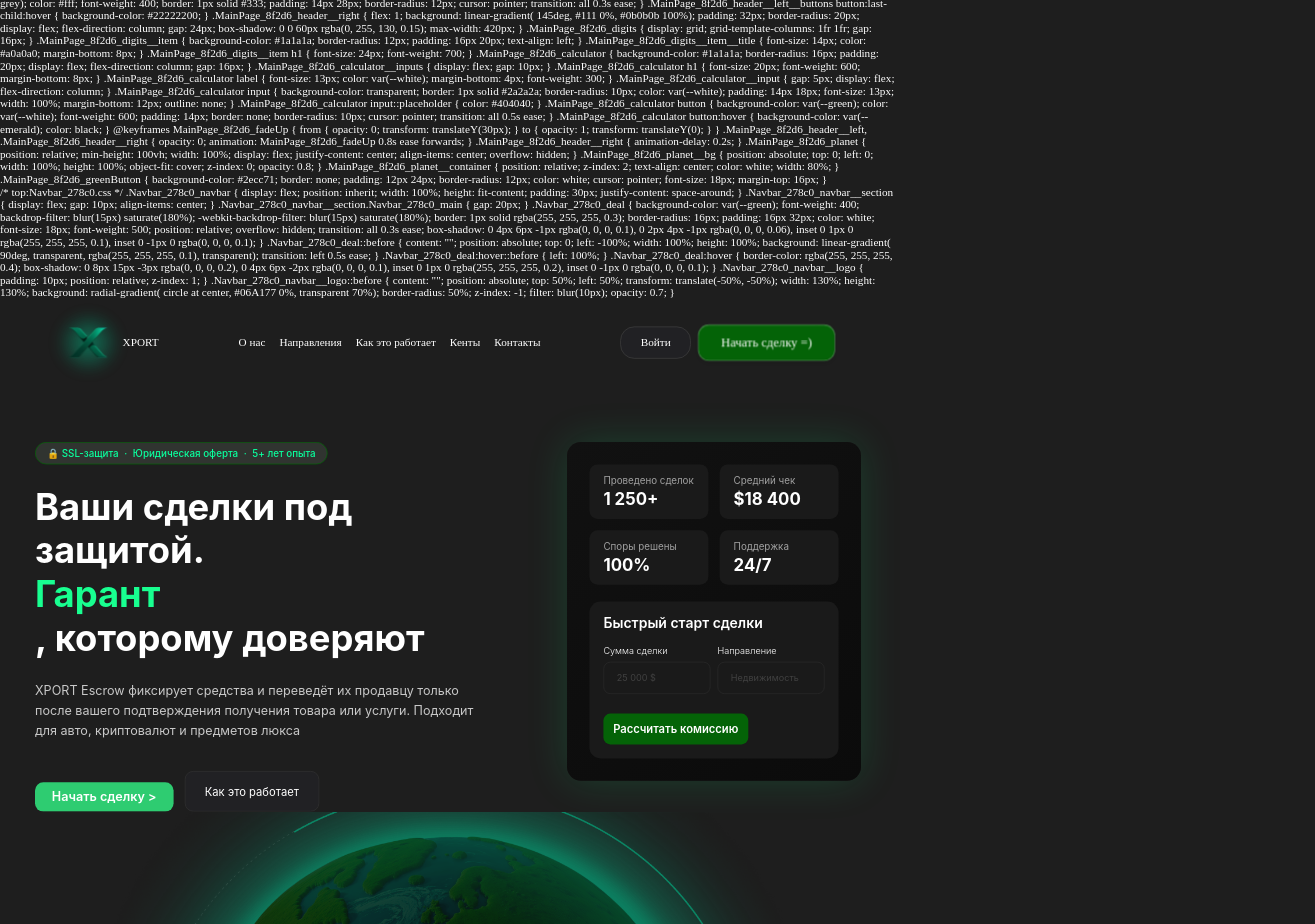
Repository: 1mpuryyyyy/x-port
Page: /x-port/
The author's editor kept a copy of each file at every save. The page is drawn from the files as they stood at one save, then again after a run of saves.
The browser window is 1280 px wide. The page is 1879 px wide, so the pictures cover 1879 px, including what lies to the right of the window. The pictures show the part of the page from y = 1318 to 2638 px (the page is 3278 px tall before and 3248 px after), at 70% of full size.
The project was rebuilt for these pictures with package versions that can differ from the ones it lists, and the page was loaded fresh each time. Also part of the build but not shown: vite.config.js.

Above is the page before, as saved 2025-10-09 02:54:58.

After the next 4 saves:
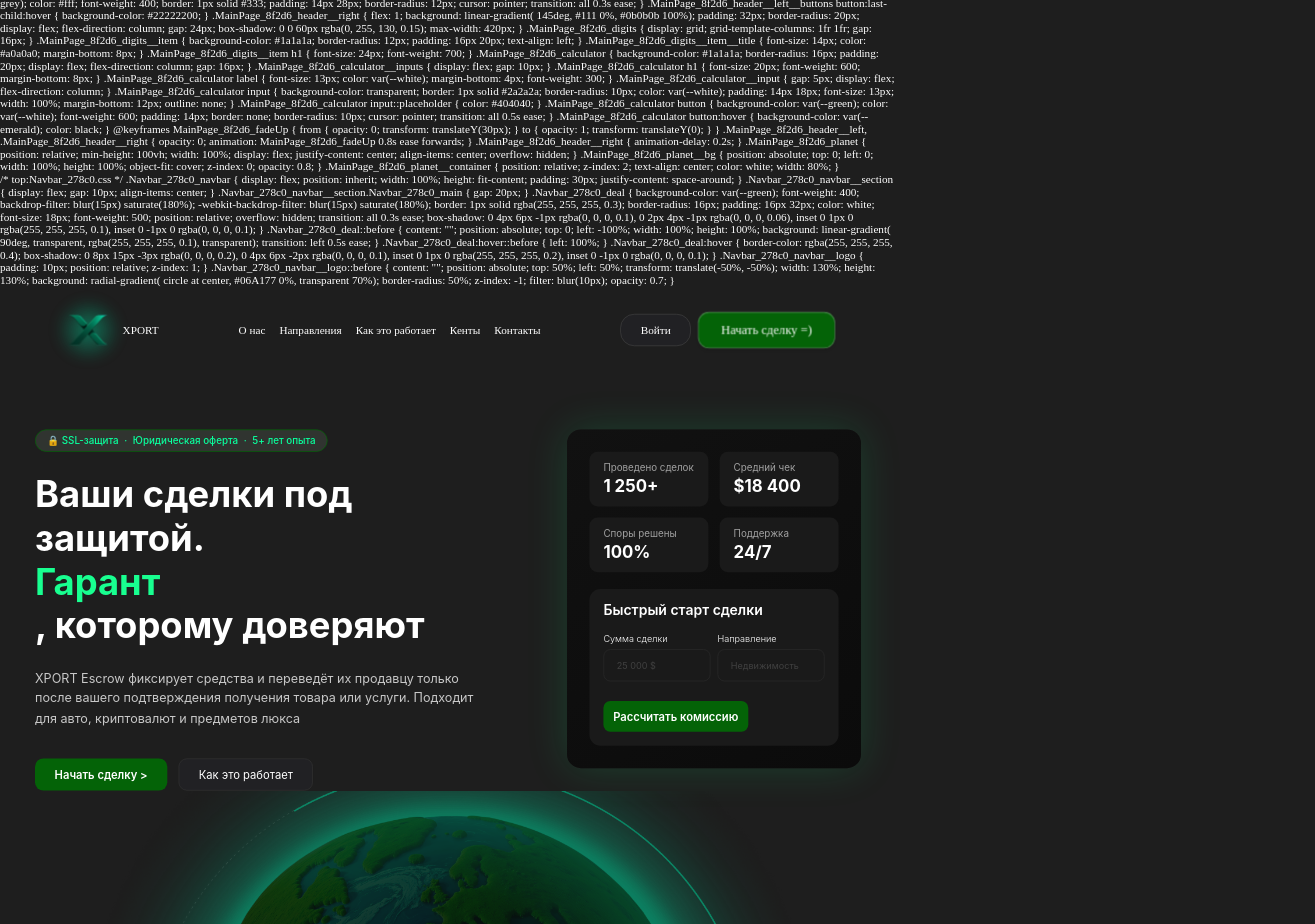
The 4 saves are shown as one change because they came seconds apart.
The last was saved 41 s later.
--- a/src/components/MainPage/MainPage.module.css
+++ b/src/components/MainPage/MainPage.module.css
@@ -237,7 +237,6 @@ section {
     overflow: hidden;
 }
 
-/* Само изображение */
 .planet__bg {
     position: absolute;
     top: 0;
@@ -247,10 +246,8 @@ section {
     object-fit: cover;
     z-index: 0;
     opacity: 0.8;
-    /* можно убрать/изменить */
-}
-
-/* Контент поверх */
+}
+
 .planet__container {
     position: relative;
     z-index: 2;
@@ -258,14 +255,3 @@ section {
     color: white;
     width: 80%;
 }
-
-.greenButton {
-    background-color: #2ecc71;
-    border: none;
-    padding: 12px 24px;
-    border-radius: 12px;
-    color: white;
-    cursor: pointer;
-    font-size: 18px;
-    margin-top: 16px;
-}
